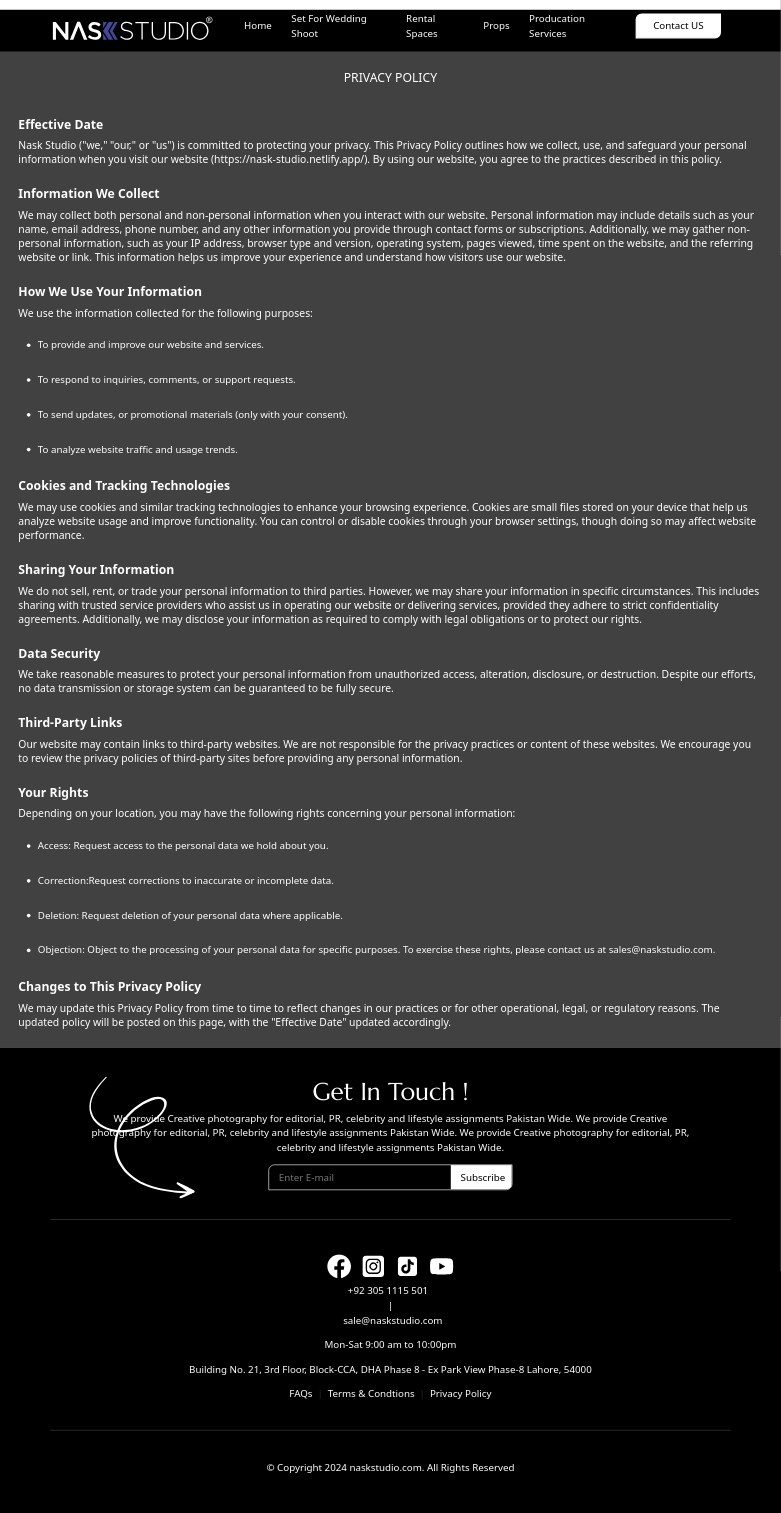
Repository: sagheerNaskSoft/nask-studio-sec-phase
Page: /privacy
The author's editor kept a copy of each file at every save. The page is drawn from the files as they stood at one save, then again after the next save.
The browser window is 1280 px wide. The pictures show the whole page, at 61% of full size.
The project was rebuilt for these pictures with package versions that can differ from the ones it lists, and the page was loaded fresh each time. Also part of the build but not shown: src/Component/HomePage/Banner.js, src/Component/HomePage/ShootSection.js, src/Component/HomePage/SerivceSetion.js, src/Pages/Home.js, src/Pages/About.js, src/Component/WeddingSets/Banner.js, src/Component/WeddingSets/StudioSection.js, src/Pages/WeddingSets.js and 16 more.

Above is the page before, as saved 2025-02-03 21:53:21.

After the next save:
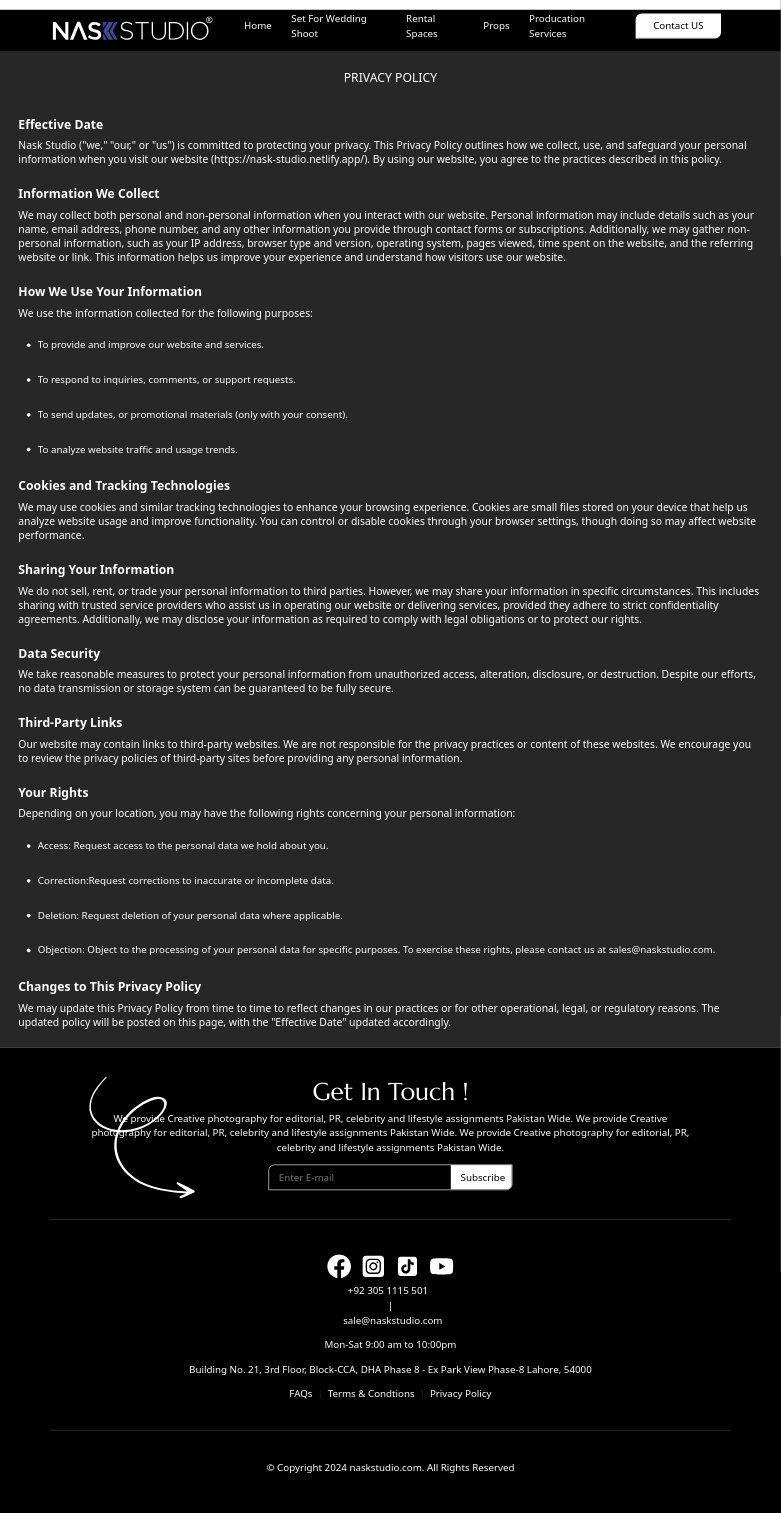
Saved 6 s later.
--- a/src/App.css
+++ b/src/App.css
@@ -829,7 +829,7 @@ body {
 .Privace {
   padding: 30px;
   /* margin: 2rem; */
-  background-color: rgba(0, 0, 0, 0.747);
+  background-color: rgba(0, 0, 0, 0.849);
   color: white;
 }
 
